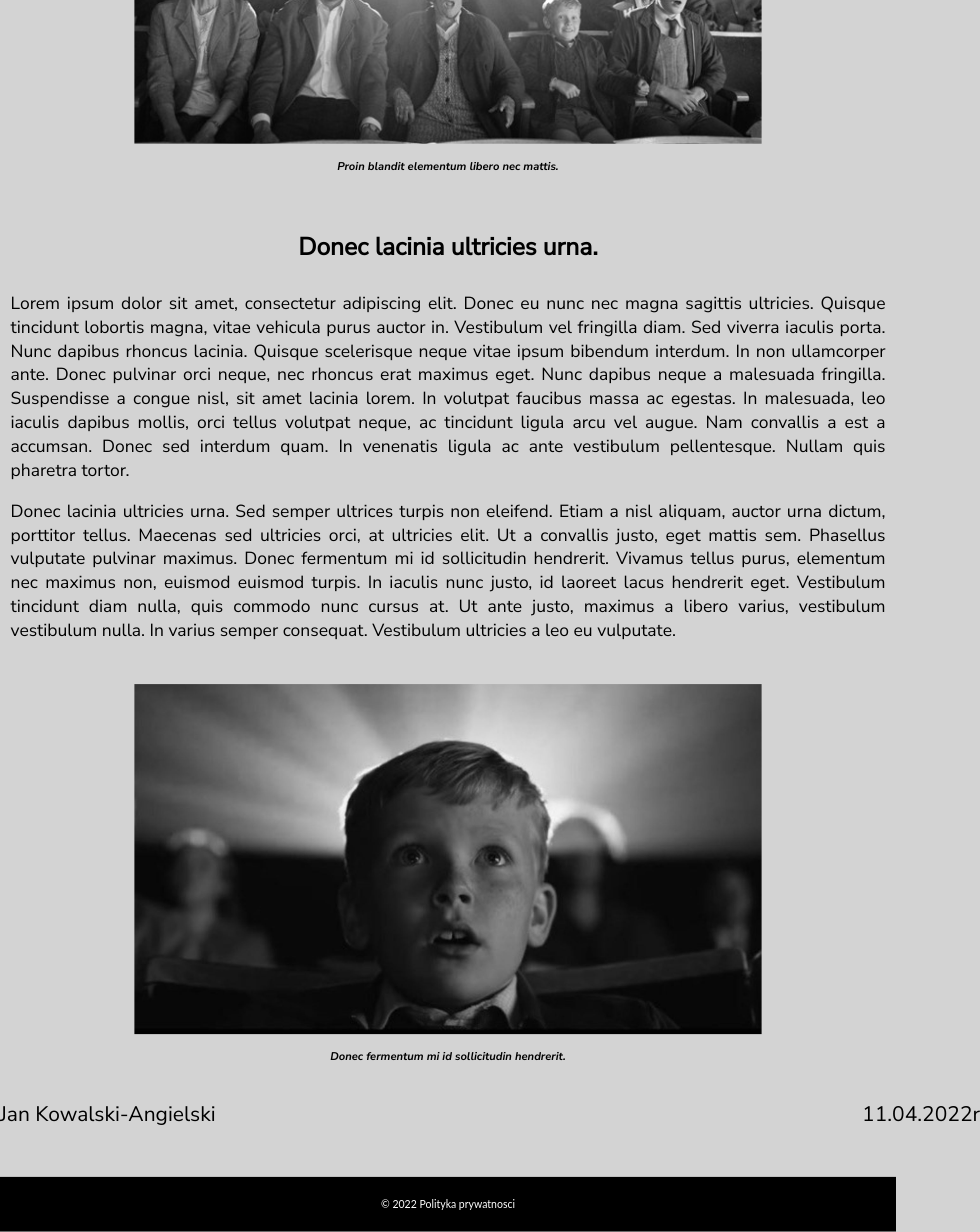
Repository: PrzemyslawJura/MovieWebsite
Page: Artykul.html
An editor plug-in stored every save of this project. The page is shown before and after the next save, followed by the edit.
The browser window is 1280 px wide. The page is 1400 px wide, so the pictures cover 1400 px, including what lies to the right of the window. The pictures show the part of the page from y = 3205 to 4965 px (the page is 4965 px tall), at 70% of full size.
Some web fonts or font styles are not loaded; a fallback is used.

Above is the page before, as saved 2022-04-13 18:26:33.

### Artykul.html
<!DOCTYPE html>
<html lang="pl">
    <head>
        <meta charset="utf-8">
        <title>FilmoVe - bo kochamy kino!</title>
        <meta name="description" content="Description"/>
        <meta name="keywords" content="Keywords"/>
        <meta http-equiv="X-UA-Compatible" content="IE=edge" />

        <!--Links-->
        <link href="style.css" rel="stylesheet" type="text/css">
        <link href="fontello/css/fontello.css" rel="stylesheet" type="text/css">
        <!--------->

        <!--Favicon-->
        <link rel="apple-touch-icon" sizes="60x60" href="favicon/apple-touch-icon.png">
        <link rel="icon" type="image/png" sizes="32x32" href="favicon/favicon-32x32.png">
        <link rel="icon" type="image/png" sizes="16x16" href="favicon/favicon-16x16.png">
        <link rel="manifest" href="favicon/site.webmanifest">
        <link rel="mask-icon" href="favicon/safari-pinned-tab.svg" color="#5bbad5">
        <meta name="msapplication-TileColor" content="#da532c">
        <meta name="theme-color" content="#ffffff">
        <!----------->

        <!--Google fonts-->
        <link rel="preconnect" href="https://fonts.googleapis.com">
        <link rel="preconnect" href="https://fonts.gstatic.com" crossorigin>
        <link href="https://fonts.googleapis.com/css2?family=Wire+One&display=swap" rel="stylesheet">
        <link rel="preconnect" href="https://fonts.googleapis.com">
        <link rel="preconnect" href="https://fonts.gstatic.com" crossorigin>
        <link href="https://fonts.googleapis.com/css2?family=Nunito+Sans:ital,wght@0,300;0,400;1,700&display=swap" rel="stylesheet">
        <!---------------->

    </head>

    <body>

        <header id="logo-header">
            <div id="bar">

                    <div id="left_bar">
                        <div class="menu-btn" onclick="openNav()">
                            <div class="menu-btn_burger" ></div>
                        </div>
                    </div>


                    <div id="mid_bar">
                        <h1><a href="index.html">Film<span style="color: brown; font-size: 38px;">0</span>ve</a></h1>
                    </div>

                <nav id="right_bar">
                    <div id="right_bar">
                        <a href="https://www.facebook.com/" target="blank"><i class="demo-icon icon-facebook"></i></a>
                        <a href="https://www.youtube.com/" target="blank"><i class="demo-icon icon-youtube"></i></a>
                        <a href="https://twitter.com/?lang=en" target="blank"><i class="demo-icon icon-twitter"></i></a>
                    </div>
                </nav>

            </div>
        </header>

        <nav>
            <div id="mySidenav" class="sidenav">
                <!-- <i class="demo-icon icon-camera"></i> -->
                <h1 id="sidenav1">Film<span style="color: brown; font-size: 45px;">0</span>ve</h1>
                <h2 id="sidenav2" style="margin-bottom: 50px;">Bo kochamy kino!</h2>

                <div class="option" id="sidenav3">
                    <a href="index.html">Strona główna</a>

                </div>
                <div class="option" id="sidenav4">
                    <a href="newsy.html">Newsy</a>

                </div>
                <div class="option" id="sidenav5">
                    <a href="ranking.html">Ranking</a>

                </div>
                <div class="option" id="sidenav6">
                    <a href="#">Sklep</a>

                </div>
                <div class="option" id="sidenav7">
                    <a href="Kontakt.html">Kontakt</a>

                </div>
            </div>
        </nav>


        <main >
            <div id="container" style="width: auto;">
                <article>
                    <div id="art_img">
                        <h1>Belfast - objawienie w khan!?</h1>
                        <img src="Images/belfast.jpg" alt="belfast">
                     </div>
                <div id="min_art">
                    <section>
                    <h3 id="nag_art">"Neque porro quisquam est qui dolorem ipsum quia dolor sit amet, consectetur, adipisci velit..."</h3>
                    <p>Lorem ipsum dolor sit amet, consectetur adipiscing elit. Donec eu nunc nec magna sagittis ultricies. Quisque tincidunt lobortis magna, vitae vehicula purus auctor in. Vestibulum vel fringilla diam. Sed viverra iaculis porta. Nunc dapibus rhoncus lacinia. Quisque scelerisque neque vitae ipsum bibendum interdum. In non ullamcorper ante. Donec pulvinar orci neque, nec rhoncus erat maximus eget. Nunc dapibus neque a malesuada fringilla. Suspendisse a congue nisl, sit amet lacinia lorem. In volutpat faucibus massa ac egestas. In malesuada, leo iaculis dapibus mollis, orci tellus volutpat neque, ac tincidunt ligula arcu vel augue. Nam convallis a est a accumsan. Donec sed interdum quam. In venenatis ligula ac ante vestibulum pellentesque. Nullam quis pharetra tortor. </p>
                    <p>Donec lacinia ultricies urna. Sed semper ultrices turpis non eleifend. Etiam a nisl aliquam, auctor urna dictum, porttitor tellus. Maecenas sed ultricies orci, at ultricies elit. Ut a convallis justo, eget mattis sem. Phasellus vulputate pulvinar maximus. Donec fermentum mi id sollicitudin hendrerit. Vivamus tellus purus, elementum nec maximus non, euismod euismod turpis. In iaculis nunc justo, id laoreet lacus hendrerit eget. Vestibulum tincidunt diam nulla, quis commodo nunc cursus at. Ut ante justo, maximus a libero varius, vestibulum vestibulum nulla. In varius semper consequat. Vestibulum ultricies a leo eu vulputate.</p>
                    </section>
                    <img id="pic_art" src="Images/art1.jpg" alt="belfast">
                    <h4 id="pic_summary">Donec fermentum mi id sollicitudin hendrerit.</h4>

                    <section>
                        <p>Fusce id porttitor tellus, non varius odio. Fusce sollicitudin libero enim, a egestas metus mollis at. Pellentesque quis accumsan dolor. Phasellus volutpat nulla in urna mattis, et ornare libero sagittis. Curabitur lectus urna, maximus vel dolor in, dapibus commodo enim. Nunc bibendum dapibus ligula, id commodo magna ullamcorper ac. Vivamus molestie laoreet dui, a pulvinar erat accumsan sed. Nunc lorem diam, scelerisque vel lobortis in, pellentesque nec massa. Nam accumsan quis elit sit amet dignissim. Quisque ultricies mi diam, sit amet scelerisque elit rhoncus eget. Nulla vulputate at turpis eget ornare. Ut sed massa a mi vehicula tempor. Curabitur quis dignissim nunc. Mauris id eros ipsum. Curabitur volutpat massa ac lacus ultricies, a tristique erat efficitur.  </p>
                        <p>Cras felis neque, ullamcorper <b>eu justo</b> nec, auctor volutpat est. Suspendisse consectetur <i>leo a dolor bibendum</i> lobortis. Aenean ac mi at neque porta ultrices. Aenean pellentesque, magna quis gravida sagittis, dui ipsum cursus diam, a feugiat ipsum est nec dui. Sed dignissim, felis non finibus pellentesque, turpis dolor pharetra libero, id faucibus dui nulla lobortis ante. Cras eget est nec metus dictum varius consectetur at massa. Proin blandit elementum libero nec mattis. </p>
                        <p>Quisque sagittis justo interdum, facilisis risus eget, ullamcorper mi. Nulla eget turpis vitae urna viverra aliquet sit amet non lacus. In hac habitasse platea dictumst. Vivamus tempus pellentesque mollis. Aliquam enim arcu, pulvinar eu finibus et, suscipit eu dolor. Donec in mattis nibh. Phasellus vel enim sed velit efficitur molestie nec id nibh. </p>
                    </section>
                        <img id="pic_art" src="Images/art2.jpg" alt="belfast">
                        <h4 id="pic_summary">Proin blandit elementum libero nec mattis. </h4>

                        <section>
                            <h3 id="nag_art">Donec lacinia ultricies urna. </h3>
                            <p>Lorem ipsum dolor sit amet, consectetur adipiscing elit. Donec eu nunc nec magna sagittis ultricies. Quisque tincidunt lobortis magna, vitae vehicula purus auctor in. Vestibulum vel fringilla diam. Sed viverra iaculis porta. Nunc dapibus rhoncus lacinia. Quisque scelerisque neque vitae ipsum bibendum interdum. In non ullamcorper ante. Donec pulvinar orci neque, nec rhoncus erat maximus eget. Nunc dapibus neque a malesuada fringilla. Suspendisse a congue nisl, sit amet lacinia lorem. In volutpat faucibus massa ac egestas. In malesuada, leo iaculis dapibus mollis, orci tellus volutpat neque, ac tincidunt ligula arcu vel augue. Nam convallis a est a accumsan. Donec sed interdum quam. In venenatis ligula ac ante vestibulum pellentesque. Nullam quis pharetra tortor. </p>
                            <p>Donec lacinia ultricies urna. Sed semper ultrices turpis non eleifend. Etiam a nisl aliquam, auctor urna dictum, porttitor tellus. Maecenas sed ultricies orci, at ultricies elit. Ut a convallis justo, eget mattis sem. Phasellus vulputate pulvinar maximus. Donec fermentum mi id sollicitudin hendrerit. Vivamus tellus purus, elementum nec maximus non, euismod euismod turpis. In iaculis nunc justo, id laoreet lacus hendrerit eget. Vestibulum tincidunt diam nulla, quis commodo nunc cursus at. Ut ante justo, maximus a libero varius, vestibulum vestibulum nulla. In varius semper consequat. Vestibulum ultricies a leo eu vulputate.</p>
                            </section>
                            <img id="pic_art" src="Images/art3.jpg" alt="belfast">
                            <h4 id="pic_summary">Donec fermentum mi id sollicitudin hendrerit.</h4>



                    <div id="autor">
                        <h3 id="imie">Jan Kowalski-Angielski</h3>
                        <h3 id="data">11.04.2022r</h3>
                    </div>
                </div>
                </article>
            </div>
        </main>

        <footer>
            &copy; 2022 Polityka prywatnosci
        </footer>


        <!--JavaScript-->
        <script src="main.js"></script>
        <!-------------->
        <script src="ajax.js"></script>


    </body>

</html>

### fontello/css/fontello.css
@font-face {
  font-family: 'fontello';
  src: url('../font/fontello.eot?97168612');
  src: url('../font/fontello.eot?97168612#iefix') format('embedded-opentype'),
       url('../font/fontello.woff2?97168612') format('woff2'),
       url('../font/fontello.woff?97168612') format('woff'),
       url('../font/fontello.ttf?97168612') format('truetype'),
       url('../font/fontello.svg?97168612#fontello') format('svg');
  font-weight: normal;
  font-style: normal;
}
/* Chrome hack: SVG is rendered more smooth in Windozze. 100% magic, uncomment if you need it. */
/* Note, that will break hinting! In other OS-es font will be not as sharp as it could be */
/*
@media screen and (-webkit-min-device-pixel-ratio:0) {
  @font-face {
    font-family: 'fontello';
    src: url('../font/fontello.svg?97168612#fontello') format('svg');
  }
}
*/
[class^="icon-"]:before, [class*=" icon-"]:before {
  font-family: "fontello";
  font-style: normal;
  font-weight: normal;
  speak: never;

  display: inline-block;
  text-decoration: inherit;
  width: 1em;
  margin-right: .2em;
  text-align: center;
  /* opacity: .8; */

  /* For safety - reset parent styles, that can break glyph codes*/
  font-variant: normal;
  text-transform: none;

  /* fix buttons height, for twitter bootstrap */
  line-height: 1em;

  /* Animation center compensation - margins should be symmetric */
  /* remove if not needed */
  margin-left: .2em;

  /* you can be more comfortable with increased icons size */
  /* font-size: 120%; */

  /* Font smoothing. That was taken from TWBS */
  -webkit-font-smoothing: antialiased;
  -moz-osx-font-smoothing: grayscale;

  /* Uncomment for 3D effect */
  /* text-shadow: 1px 1px 1px rgba(127, 127, 127, 0.3); */
}

.icon-user:before { content: '\e800'; } /* '' */
.icon-camera:before { content: '\e801'; color: rgb(134, 97, 110); font-size: 80px; display: block; margin-left: auto; margin-right: auto;} /* '' */
.icon-camera-outline:before { content: '\e802'; color: white; font-size: 10px; } /* '' */
.icon-facebook-circled:before { content: '\f051'; } /* '' */
.icon-facebook:before { content: '\f052'; margin: 14px 15px 0 0; font-size: 28px; } /* '' */
.icon-menu:before { content: '\f0c9'; } /* '' */
.icon-youtube-squared:before { content: '\f166'; } /* '' */
.icon-youtube:before { content: '\f167'; margin: 14px 15px 0 0;font-size: 28px;} /* '' */
.icon-twitter:before { content: '\f309'; margin: 14px 15px 0 0;font-size: 28px;} /* '' */
.icon-twitter-circled:before { content: '\f30a'; } /* '' */
.icon-instagram:before { content: '\f31e'; } /* '' */
.icon-instagram-filled:before { content: '\f31f'; } /* '' */

Loaded but not shown: main.js (54 lines, source omitted); ajax.js (2 lines, source omitted); style.css (1189 lines, source omitted)

After the next save:
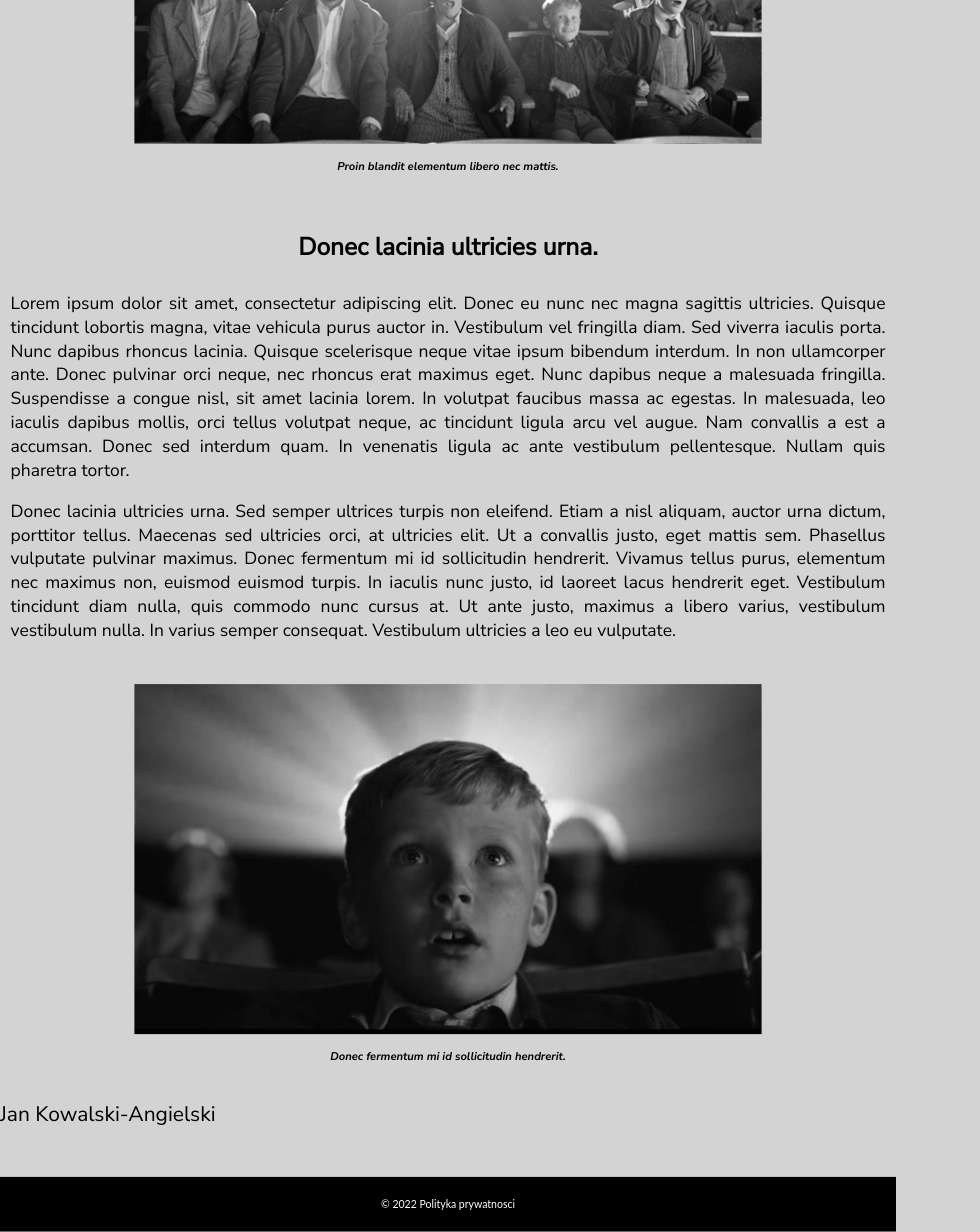
Saved 49 s later.
--- a/Artykul.html
+++ b/Artykul.html
@@ -126,7 +126,7 @@
 
                     <div id="autor">
                         <h3 id="imie">Jan Kowalski-Angielski</h3>
-                        <h3 id="data">11.04.2022r</h3>
+
                     </div>
                 </div>
                 </article>

After the save that followed:
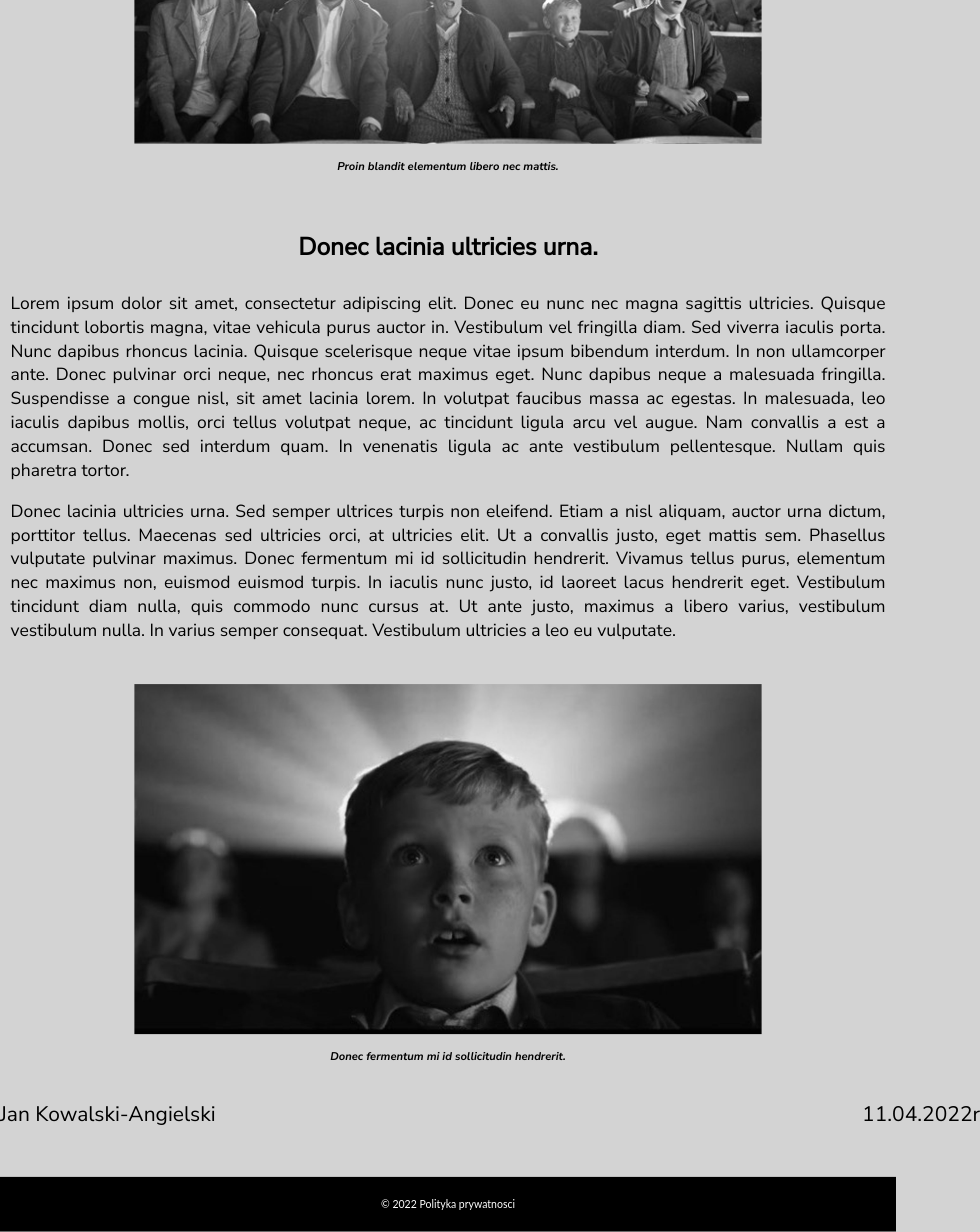
Saved 7 s later.
--- a/Artykul.html
+++ b/Artykul.html
@@ -126,7 +126,7 @@
 
                     <div id="autor">
                         <h3 id="imie">Jan Kowalski-Angielski</h3>
-
+                        <h3 id="data">11.04.2022r</h3>
                     </div>
                 </div>
                 </article>
